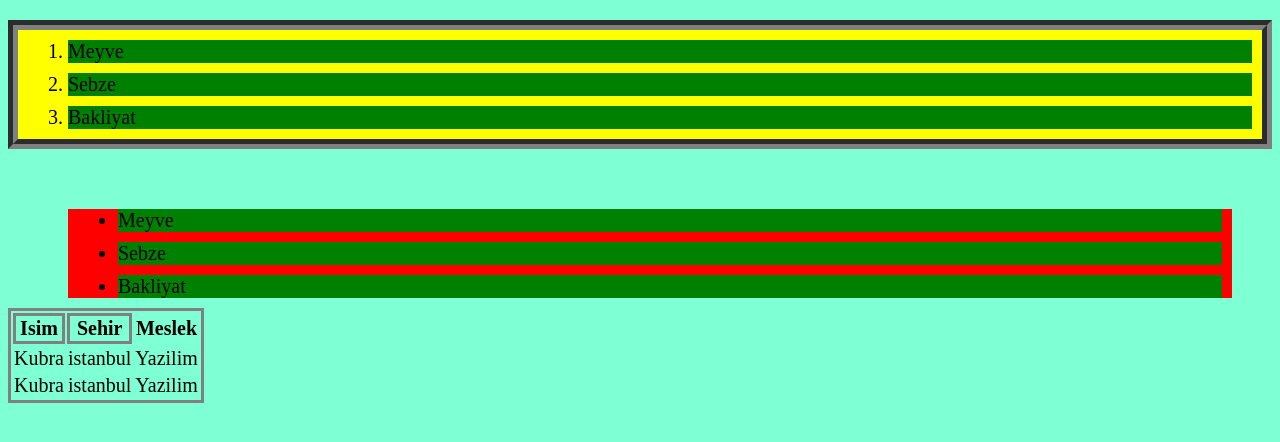
Repository: Kubraaygun/Html_Css_Login
Page: index.html
These files come from the project's save history. The page is drawn as it stood at one moment and after the next save; the edit follows.
The browser window is 1280 px wide. The pictures show the whole page.

Above is the page before, as saved 2025-03-04 18:25:21.

### index.html
<!DOCTYPE html>
<html lang="en">
  <head>
    <meta charset="UTF-8" />
    <meta name="viewport" content="width=device-width, initial-scale=1.0" />
    <title>HTML</title>
    <link rel="stylesheet" href="style.css" />
  </head>

  <body>
    <!-- Sirali Listemiz -->
    <ol>
      <li>Meyve</li>
      <li>Sebze</li>
      <li>Bakliyat</li>
    </ol>
    <!-- Sirasiz Listemiz -->
    <ul>
      <li>Meyve</li>
      <li>Sebze</li>
      <li>Bakliyat</li>
    </ul>

    <table class="table">
      <tr class="table-header">
        <th class="table-header">Isim</th>
        <th class="table-header">Sehir</th>
        <th>Meslek</th>
      </tr>
      <tr class="table-header">
        <td>Kubra</td>
        <td>istanbul</td>
        <td>Yazilim</td>
      </tr>
      <tr class="table-header">
        <td>Kubra</td>
        <td>istanbul</td>
        <td>Yazilim</td>
      </tr>
    </table>
  </body>
</html>

### style.css
body {
  font-size: 20px;
  background-color: aquamarine;
}
.h1:hover {
  background-color: purple;
}
#h1:hover {
  color: purple;
}
.link:hover {
  text-decoration: none;
}

ol {
  background-color: yellow;
  border: 10px groove gray;
}

ul {
  background-color: red;
  margin: 60px 40px 0 60px;
}

li {
  background-color: green;
  margin: 10px;
}

.table {
  border: 3px solid gray;
}

.table-header {
  border: 3px solid gray;
}
.table-row {
  border: 1px solid black;
}

After the next save:
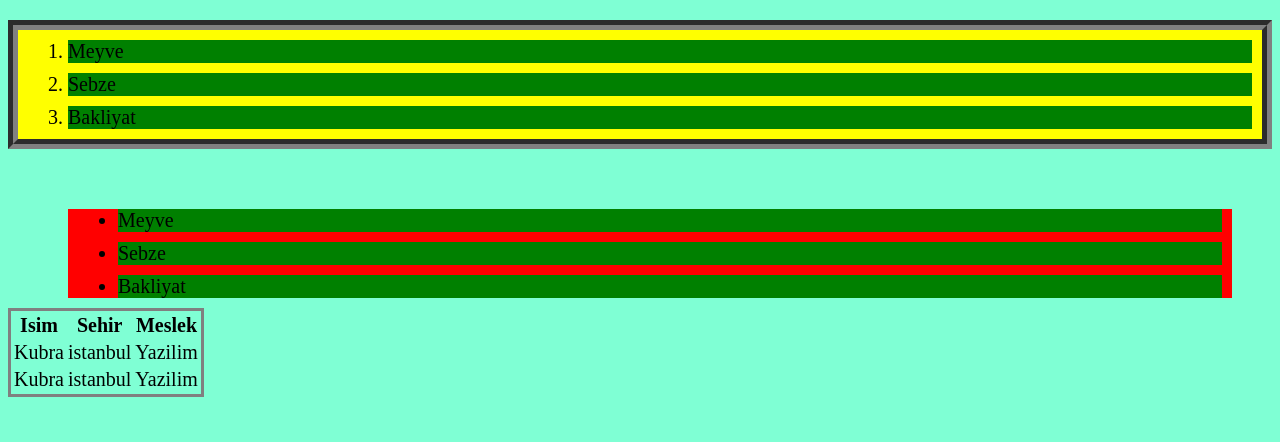
Saved 5 s later.
--- a/index.html
+++ b/index.html
@@ -22,9 +22,9 @@
     </ul>
 
     <table class="table">
-      <tr class="table-header">
-        <th class="table-header">Isim</th>
-        <th class="table-header">Sehir</th>
+      <tr>
+        <th>Isim</th>
+        <th>Sehir</th>
         <th>Meslek</th>
       </tr>
       <tr class="table-header">
